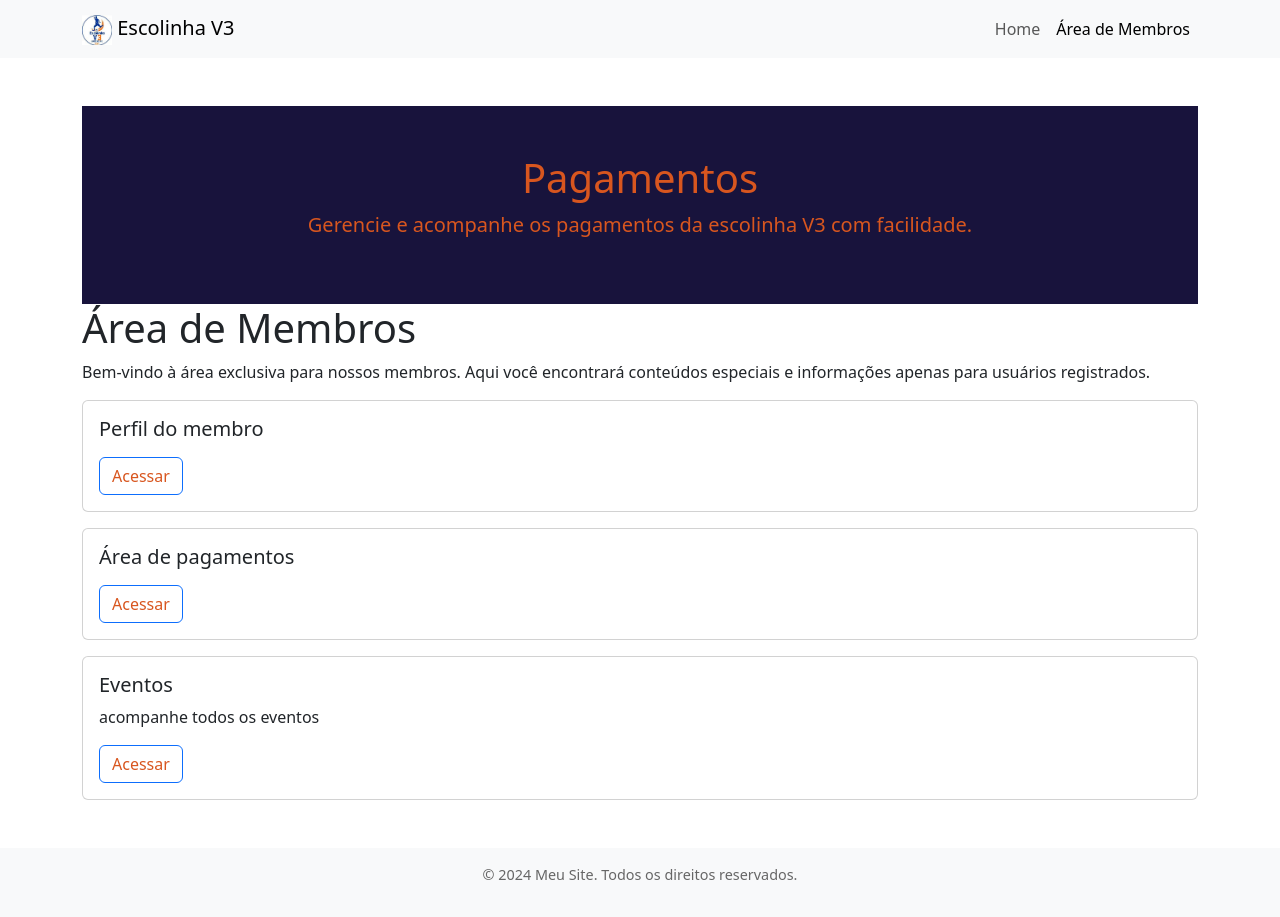
Repository: br-on/projeto-escolinhav3
Page: http://localhost/membros
The author's editor kept a copy of each file at every save. The page is drawn from the files as they stood at one save, then again after the next save.
The browser window is 1280 px wide. The pictures show the whole page.
The page is served by the project's application, run on Flask 3 (main.py).

Above is the page before, as saved 2024-11-15 11:16:33.

After the next save:
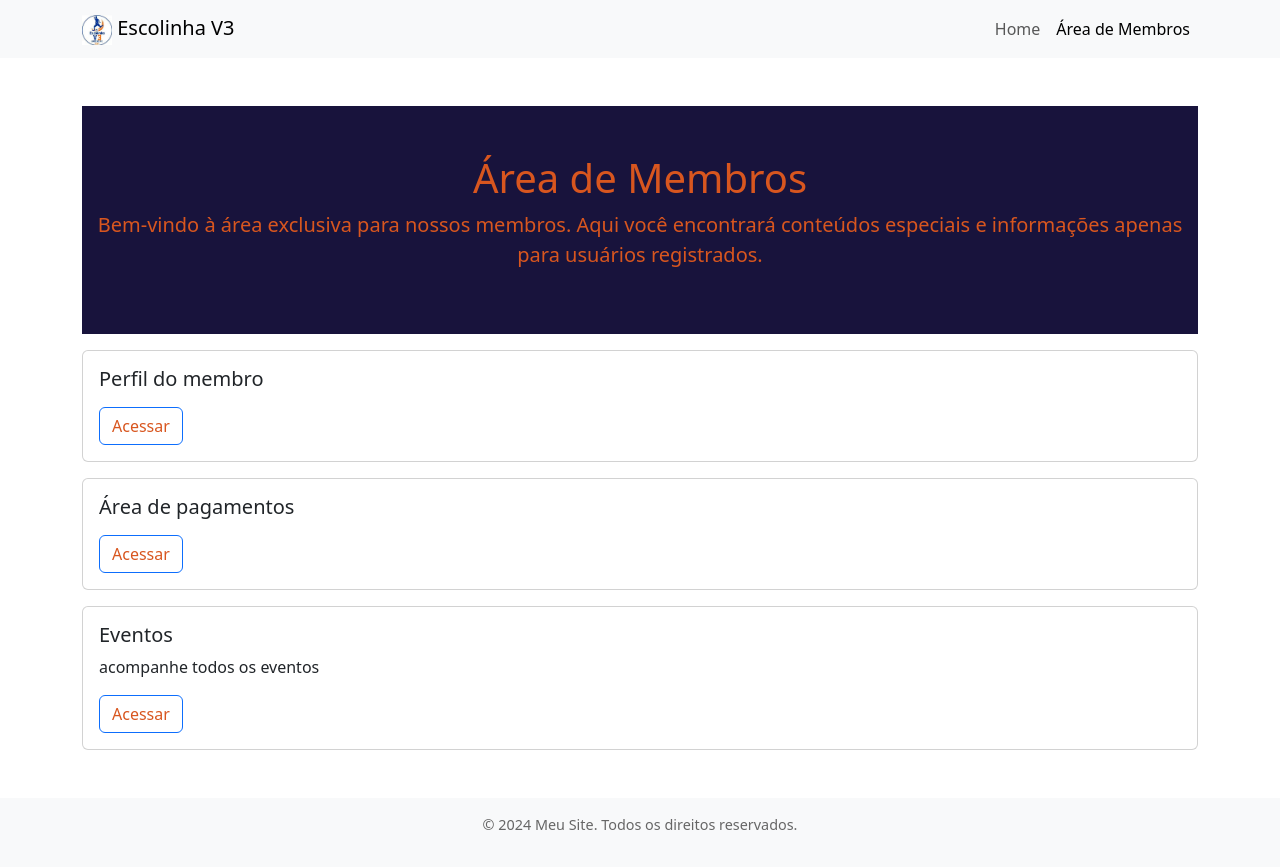
Saved 52 s later.
--- a/templates/membros.html
+++ b/templates/membros.html
@@ -34,12 +34,10 @@
     <main class="container my-5">
         <header class="bg-primary text-white text-center py-5">
             <div class="container">
-                <h1>Pagamentos</h1>
-                <p class="lead">Gerencie e acompanhe os pagamentos da escolinha V3 com facilidade.</p>
+                <h1>Área de Membros</h1>
+                <p class="lead">Bem-vindo à área exclusiva para nossos membros. Aqui você encontrará conteúdos especiais e informações apenas para usuários registrados.</p>
             </div>
         </header>
-        <h1>Área de Membros</h1>
-        <p>Bem-vindo à área exclusiva para nossos membros. Aqui você encontrará conteúdos especiais e informações apenas para usuários registrados.</p>
 
         <div class="card my-3">
             <div class="card-body">
